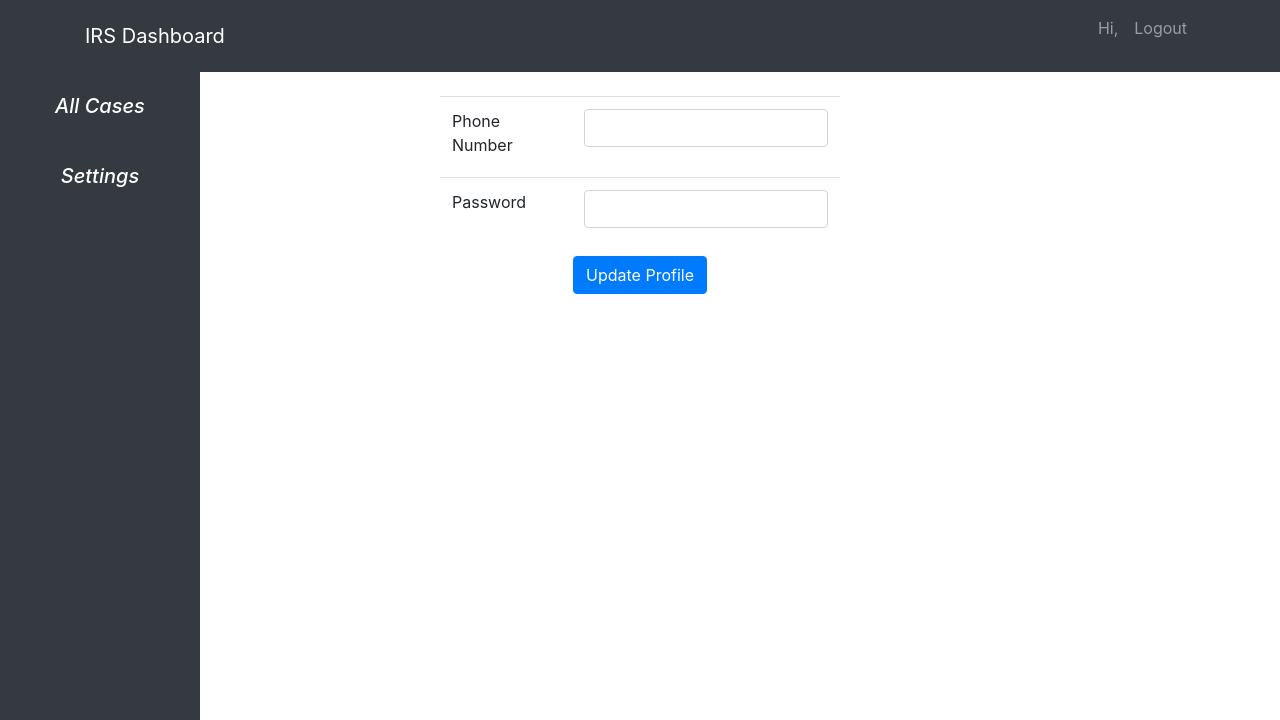
Repository: greeshmavyas/IRS_CS
Page: /updateProfile (app in AgentManagement/Frontend/)
These files come from the project's save history. The page is drawn as it stood at one moment and after the next save; the edit follows.
The browser window is 1280 px wide. The pictures show the whole page.
The page's requests for data from a server got no answer. Some web libraries are served in a nearby version. The project was rebuilt for these pictures with package versions that can differ from the ones it lists, and the page was loaded fresh each time. No one was signed in, and anything a server would have sent is missing. Also part of the build but not shown: AgentManagement/Frontend/src/components/NavbarLogin.js, AgentManagement/Frontend/src/components/login.js, AgentManagement/Frontend/src/components/Dashboard.js, AgentManagement/frontend/src/App.css.

Above is the page before, as saved 2020-11-05 22:02:57.

After the next save:
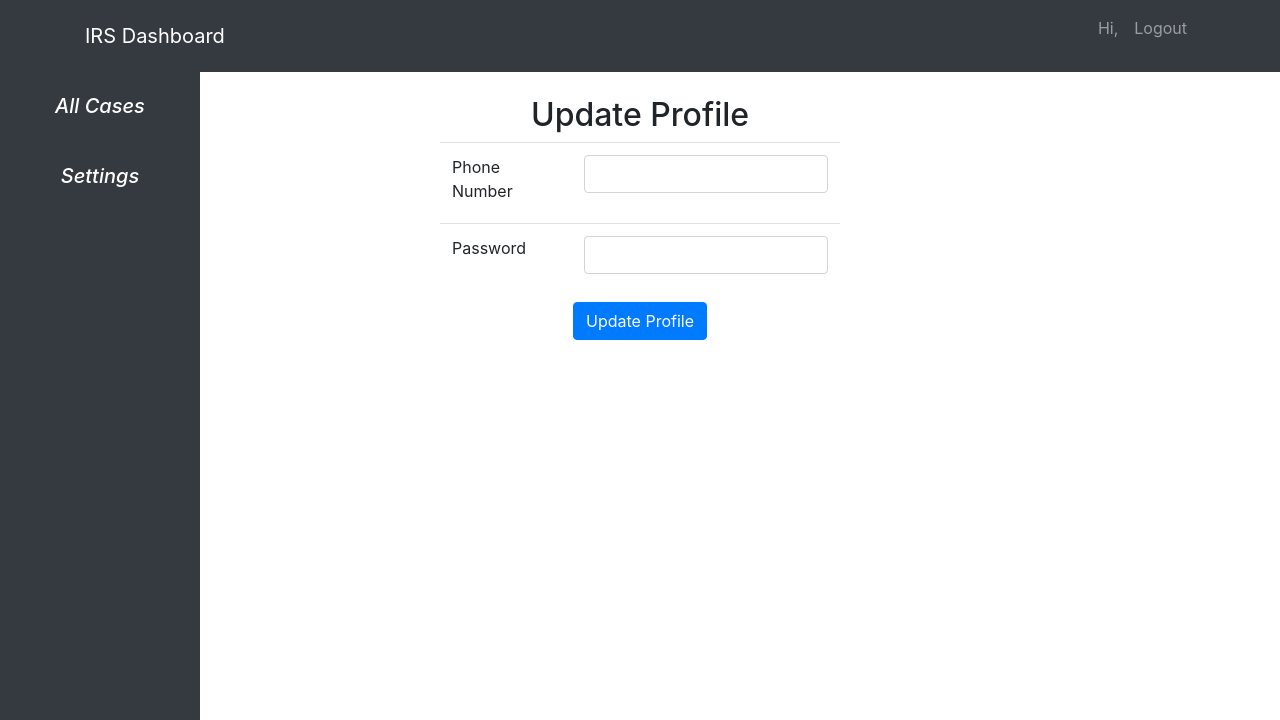
Saved 47 s later.
--- a/AgentManagement/Frontend/src/components/updateProfile.js
+++ b/AgentManagement/Frontend/src/components/updateProfile.js
@@ -98,6 +98,7 @@ this.setState({
         <NavbarDash />
         <center>
         <div style={{ width: '25rem' }}>
+          <h2>Update Profile</h2>
         <Form onSubmit={this.updateProfile}>
           <Table>
             <tbody>
